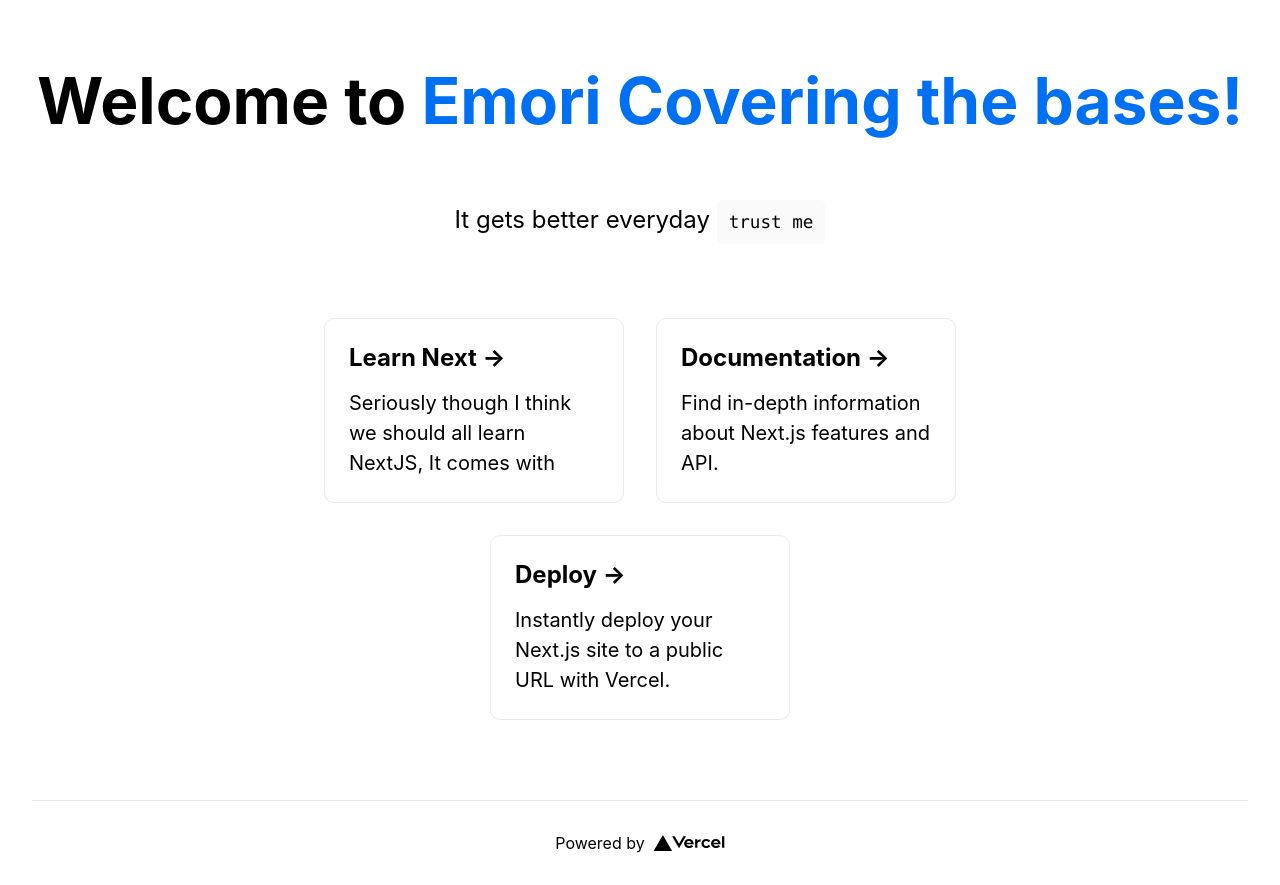
Repository: emorilebo/next-linkedin-training
Page: /
An editor plug-in stored every save of this project. The page is shown before and after the next save, followed by the edit.
The browser window is 1280 px wide. The pictures show the whole page.
The project was rebuilt for these pictures with package versions that can differ from the ones it lists, and the page was loaded fresh each time. The framework's server and built-in components were replaced by stand-ins that run in the browser. Also part of the build but not shown: next.config.js.

Above is the page before, as saved 2022-12-25 18:00:14.

After the next save:
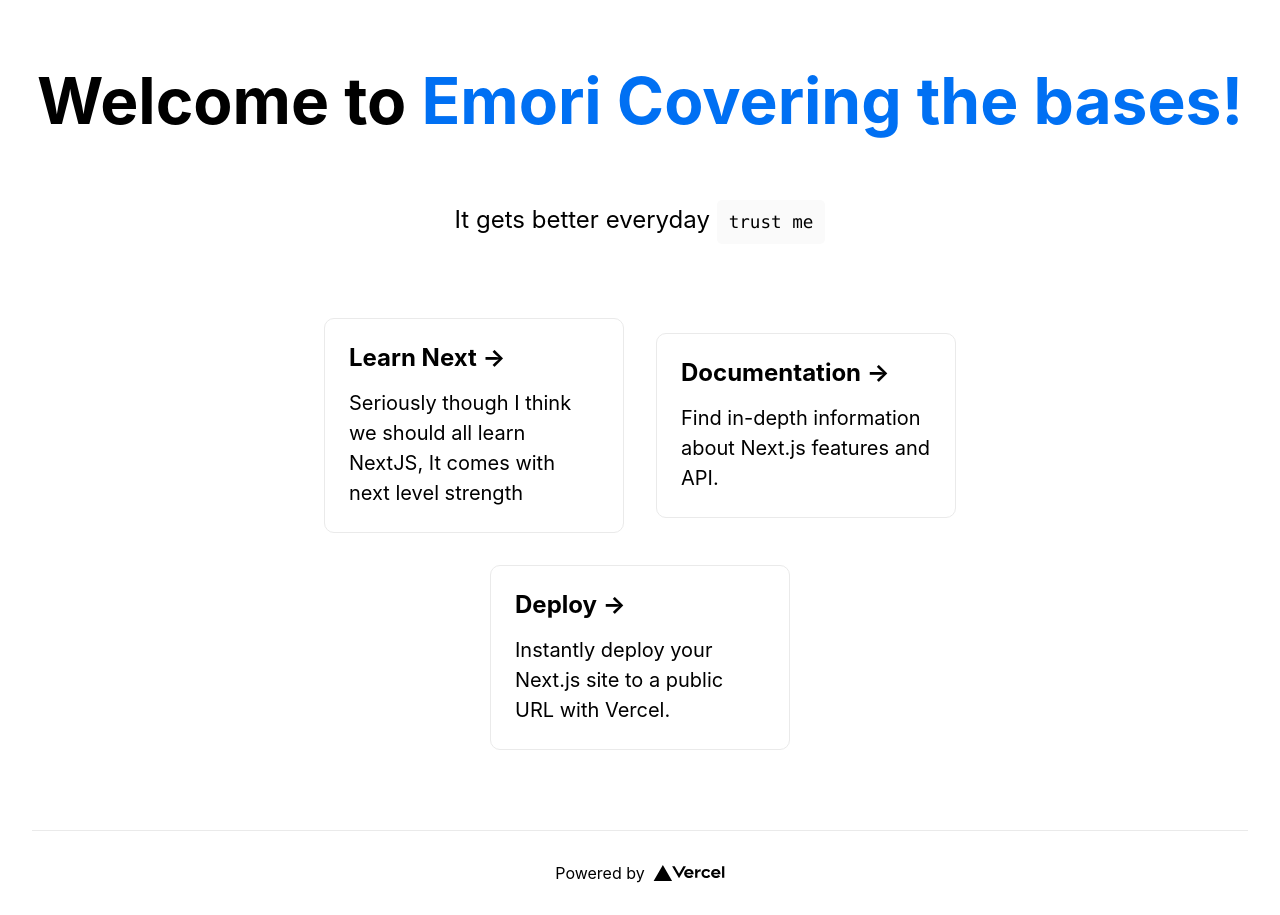
Saved 6 s later.
--- a/pages/index.js
+++ b/pages/index.js
@@ -27,7 +27,7 @@
         <div className={styles.grid}>
           <Link href="/learn/next" className={styles.card}>
             <h2>Learn Next &rarr;</h2>
-            <p>Seriously though I think we should all learn NextJS, It comes with </p>
+            <p>Seriously though I think we should all learn NextJS, It comes with next level strength</p>
           </Link>
 
           <Link href="/learn/next" className={styles.card}>
